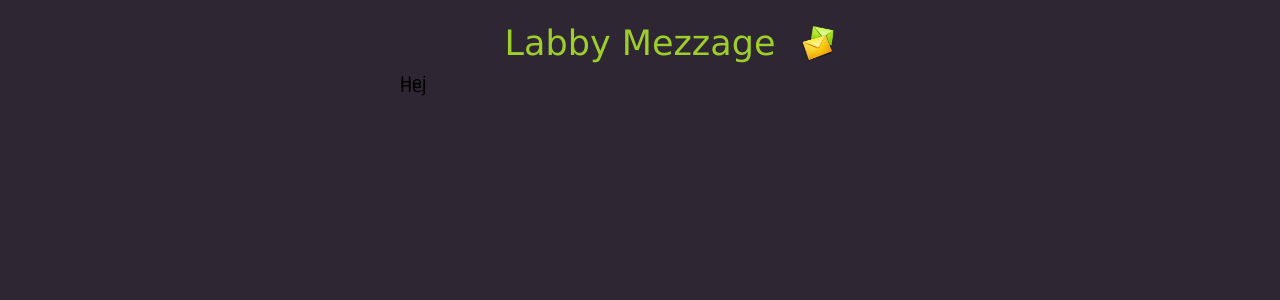
Repository: ad222kr/1dv403-laborationer
Page: 2-labbymezzage/index.html
The author's editor kept a record of every edit. The page is drawn from the files as they stood at one moment, then again after the next edit.
The browser window is 1280 px wide. The pictures show the whole page.

Above is the page before.

After the next edit:
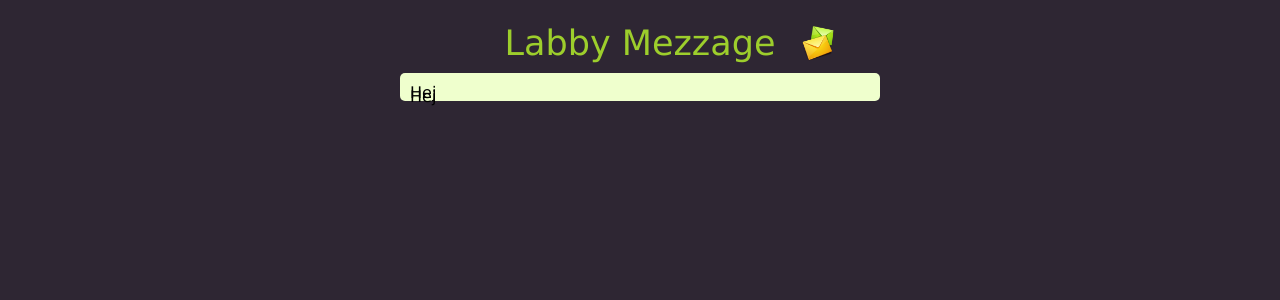
The edit:
--- a/2-labbymezzage/css/style.css
+++ b/2-labbymezzage/css/style.css
@@ -30,7 +30,7 @@
     margin: 0px auto;
 }
 
-.content{
+#content{
     background: #EFFFCD;
     border-color: #000000;
     padding: 10px;
